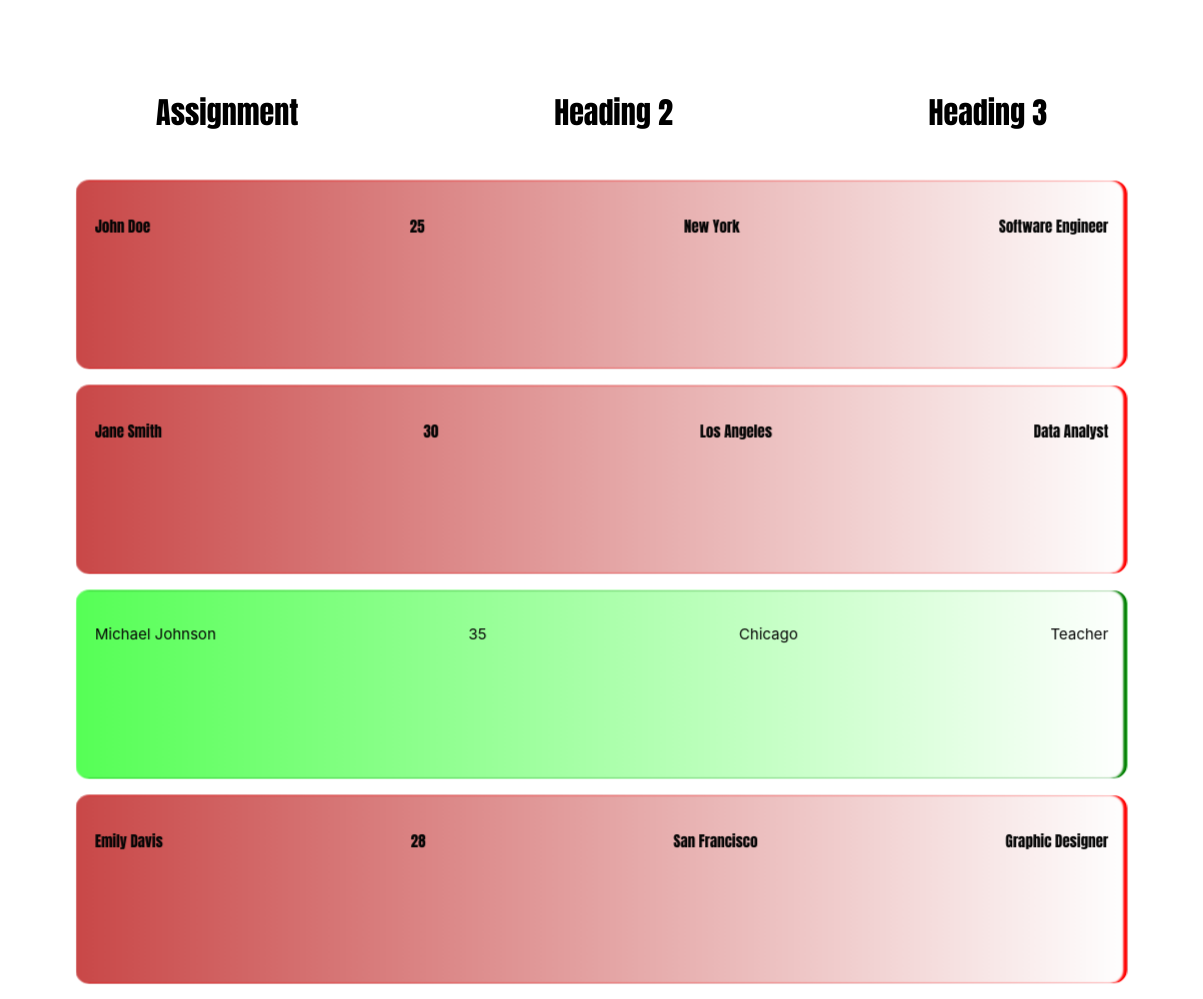
Repository: NayakSubhransu/ERP_System_WebAthon
Page: / (app in client/)
These files come from the project's save history. The page is drawn as it stood at one moment and after the next save; the edit follows.
The browser window is 1280 px wide. The pictures show the whole page, at 94% of full size.
The project was rebuilt for these pictures with package versions that can differ from the ones it lists, and the page was loaded fresh each time. Also part of the build but not shown: client/vite.config.js.

Above is the page before, as saved 2024-03-24 12:39:30.

### client/src/App.js
// import LoginPage from "./components/LoginPage/LoginPage.jsx"
import Grading from "./components/Grading/grading.jsx";
function App() {
  return (
    <div >
     {/* <LoginPage/> */}
      <Grading/>
    </div>
  );
}

export default App;

### client/src/components/Grading/grading.jsx
import React from "react";
import "./grading.css"
export default function Grading(){

    const[toggle,setToggle] = React.useState(1);

    let admin = true;

    const array = [
        {
            name: "John Doe",
            age: 25,
            city: "New York",
            occupation: "Software Engineer",
            done:false
        },
        {
            name: "Jane Smith",
            age: 30,
            city: "Los Angeles",
            occupation: "Data Analyst",
            done:false
        },
        {
            name: "Michael Johnson",
            age: 35,
            city: "Chicago",
            occupation: "Teacher",
            done:true

        },
        {
            name: "Emily Davis",
            age: 28,
            city: "San Francisco",
            occupation: "Graphic Designer",
            done:false
        }
    ];

    const array2 = [{
        name: "John Doe",
        age: 25,
        city: "New York",
        occupation: "Software Engineer"
    }];

    const green = {
        backgroundImage:'linear-gradient(to right, #56ff56, #ffffff)',
        //background: '#abe2f6',
        backdropFilter: 'blur(5px)',
        boxShadow: 'inset -4px 0px 2px green',
        borderRadius: '15px',
        border: '1.5px solid rgba(255, 255, 255, 0.326)',
        color: '#050505',
        padding: '15px',
        minHeight: '170px',
        display: 'flex',
        justifyContent: 'space-between',
        wordWrap: 'break-word',
        margin: '1rem',
        marginLeft: '5rem',
        marginRight: '5rem',

    };

    const mediaQueryStyle = {
        marginLeft: '-1.5rem',
        marginRight: '-1.5rem',
    };

    const red = {
        backgroundImage: 'linear-gradient(to right, #C94848, #ffffff)',
        //background: '#abe2f6',
        backdropFilter: 'blur(5px)',
        boxShadow: 'inset -4px 0px 2px red',
        borderRadius: '15px',
        border: '1.5px solid rgba(255, 255, 255, 0.326)',
        color: '#050505',
        padding: '15px',
        minHeight: '170px',
        fontFamily:'Impact,Haettenschweiler, Arial, Narrow Bold,sans-serif',
        display: 'flex',
        justifyContent: 'space-between',
        wordWrap: 'break-word',
        margin: '1rem',
        marginLeft: '5rem',
        marginRight: '5rem',
    }

    return(
        <div>
            <div className="navbar">
                <button className="navbut"  onClick={() => setToggle(1)}>
                    Assignment
                </button>

                <button className="navbut" onClick={() => setToggle(2)}>
                    Heading 2
                </button>

                <button className="navbut" onClick={() => setToggle(3)}>
                    Heading 3
                </button>
            </div>

           {

           admin ?

           toggle ===1 ?
           <div className="assignment">
                {
                    array.map((item)=>(

                        item.done ?
                        <div className="arraycontents" style={
                            { ...green, '@media screen and (max-width: 520px)': mediaQueryStyle }
                        }>
                            <p className="contents">{item.name}</p>
                            <p className="contents">{item.age}</p>
                            <p className="contents">{item.city}</p>
                            <p className="contents">{item.occupation}</p>
                        </div>
                        :
                        <div className="arraycontents" style={
                            { ...red, '@media screen and (max-width: 520px)': mediaQueryStyle }
                        }>
                            <p className="contents">{item.name}</p>
                            <p className="contents">{item.age}</p>
                            <p className="contents">{item.city}</p>
                            <p className="contents">{item.occupation}</p>
                        </div>
                    ))
                }
            </div>

        : toggle===2?
        <div className="heading2">
            {
                array2.map((item)=>(
                    <div>
                    <p>{item.name}</p>
                    <p>{item.age}</p>
                    <p>{item.city}</p>
                    <p>{item.occupation}</p>
                    </div>
                ))
            }
        </div>
        :undefined

        :
            <div>
                <h1> You are not an admin</h1>
            </div>

        }
        </div>
    )
}

### client/src/components/Grading/grading.css
/* body{
    background-color:#2596be;
} */

.navbar{
    display: flex;
    justify-content: space-around;
    margin-top: 4rem;
    padding: 30px;

}

.navbut{
    border: none;
    background: transparent;
    font-family: Impact, Haettenschweiler, 'Arial Narrow Bold', sans-serif;
    font-size: 2rem;
}

@media screen and (max-width:500px) {
   .navbut{
    font-size: 1rem;
    margin-left:auto ;
    margin-right: auto;
    padding: 0;
   }

}
.assignment
{
    overflow:auto;
}
.arraycontents{
    background: #abe2f6;
    backdrop-filter: blur(5px);
    box-shadow: inset -4px -4px 2px rgba(255, 255, 255, 0.03);
    border-radius: 15px;
    border: 1.5px solid rgba(255, 255, 255, 0.326);
    color: #050505;
    padding: 15px;
    min-height: 170px;
    display: flex;
    justify-content: space-between;
    word-wrap: break-word;

    margin: 1rem;
    margin-left: 5rem;
    margin-right: 5rem;

}

@media screen and (max-width: 720px) {
    .arraycontents {
        margin-left: .5rem;
        margin-right: .5rem;
    }
}

.contents{
    padding: 5px;
}

Loaded but not shown: client/public/index.html (common file); client/src/index.js (common file); client/src/index.css (common file); client/src/reportWebVitals.js (common file)

After the next save:
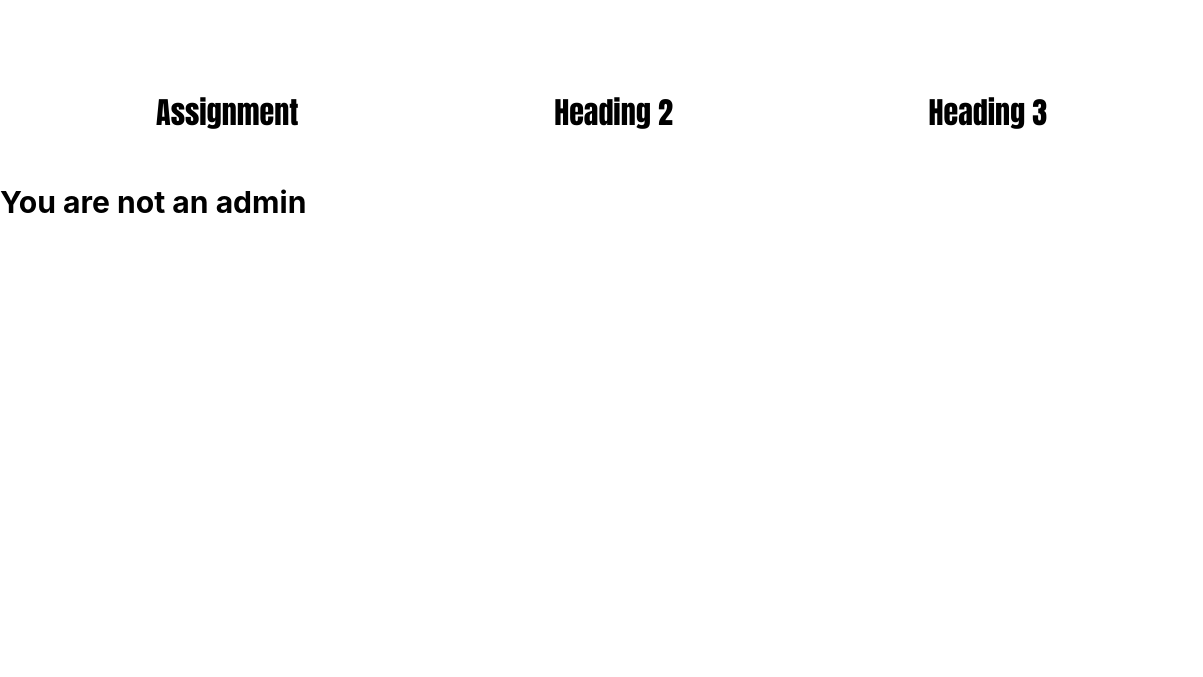
Saved 8 s later.
--- a/client/src/components/Grading/grading.jsx
+++ b/client/src/components/Grading/grading.jsx
@@ -4,7 +4,7 @@
 
     const[toggle,setToggle] = React.useState(1);
 
-    let admin = true;
+    let admin = false;
 
     const array = [
         {

After the save that followed:
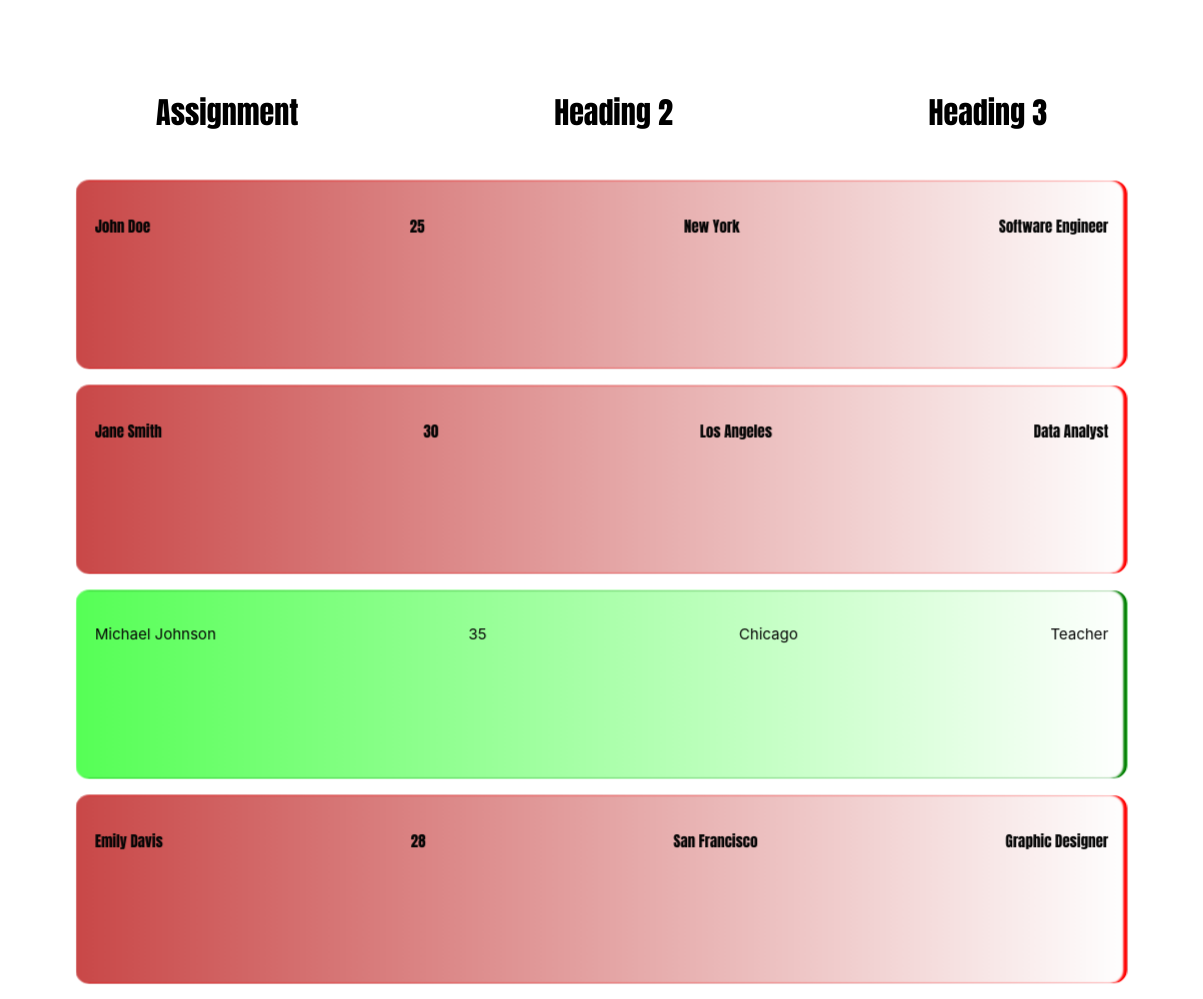
Saved 17 s later.
--- a/client/src/components/Grading/grading.jsx
+++ b/client/src/components/Grading/grading.jsx
@@ -4,7 +4,7 @@
 
     const[toggle,setToggle] = React.useState(1);
 
-    let admin = false;
+    let admin = true;
 
     const array = [
         {
